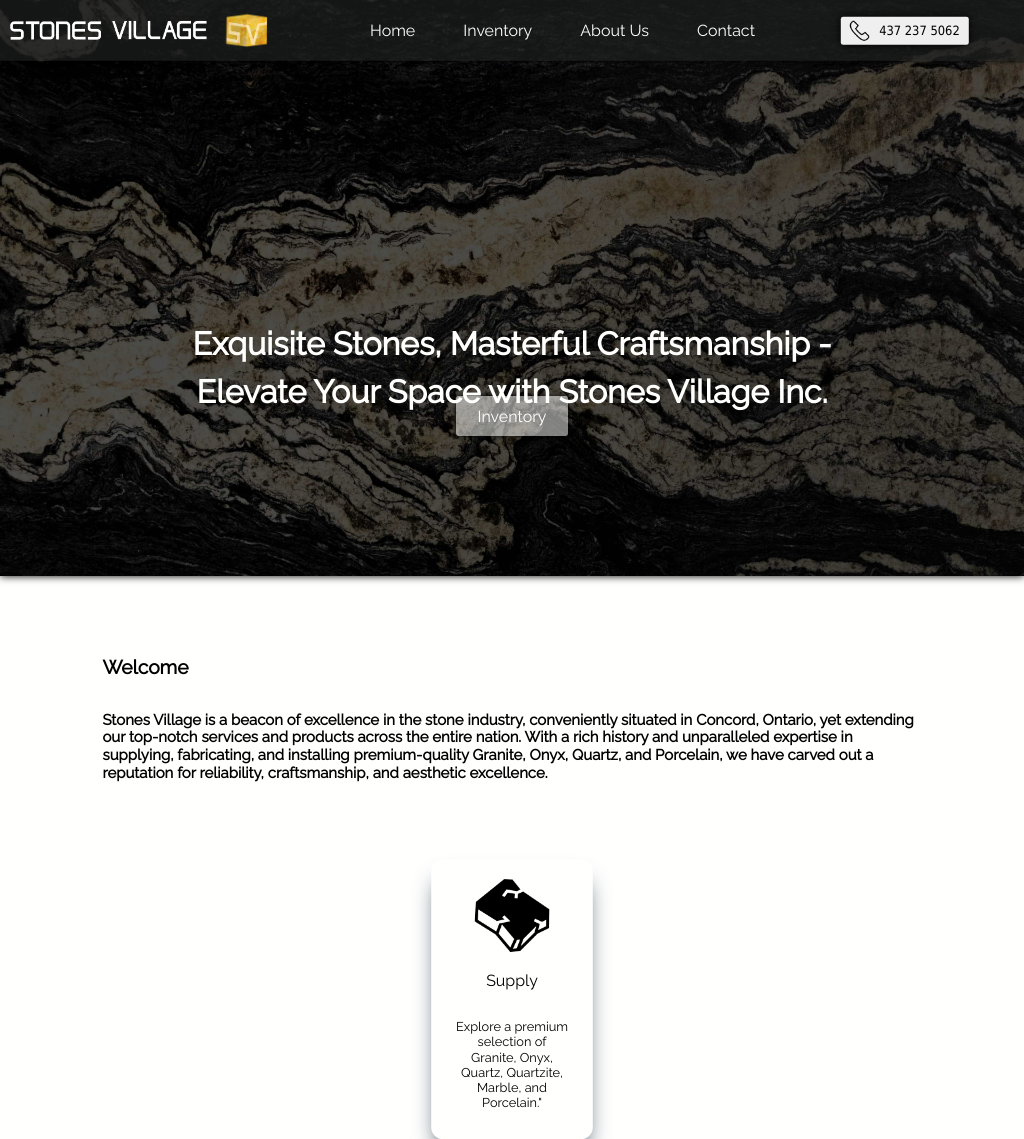
Repository: shayanabedi98/Stones-Village
Page: index.html
These files come from the project's save history. The page is drawn as it stood at one moment and after the next save; the edit follows.
The browser window is 1280 px wide. The pictures show the whole page, at 80% of full size.
Backgrounds fixed to the window are drawn as part of the page.

Above is the page before, as saved 2023-10-22 16:41:58.

After the next save:
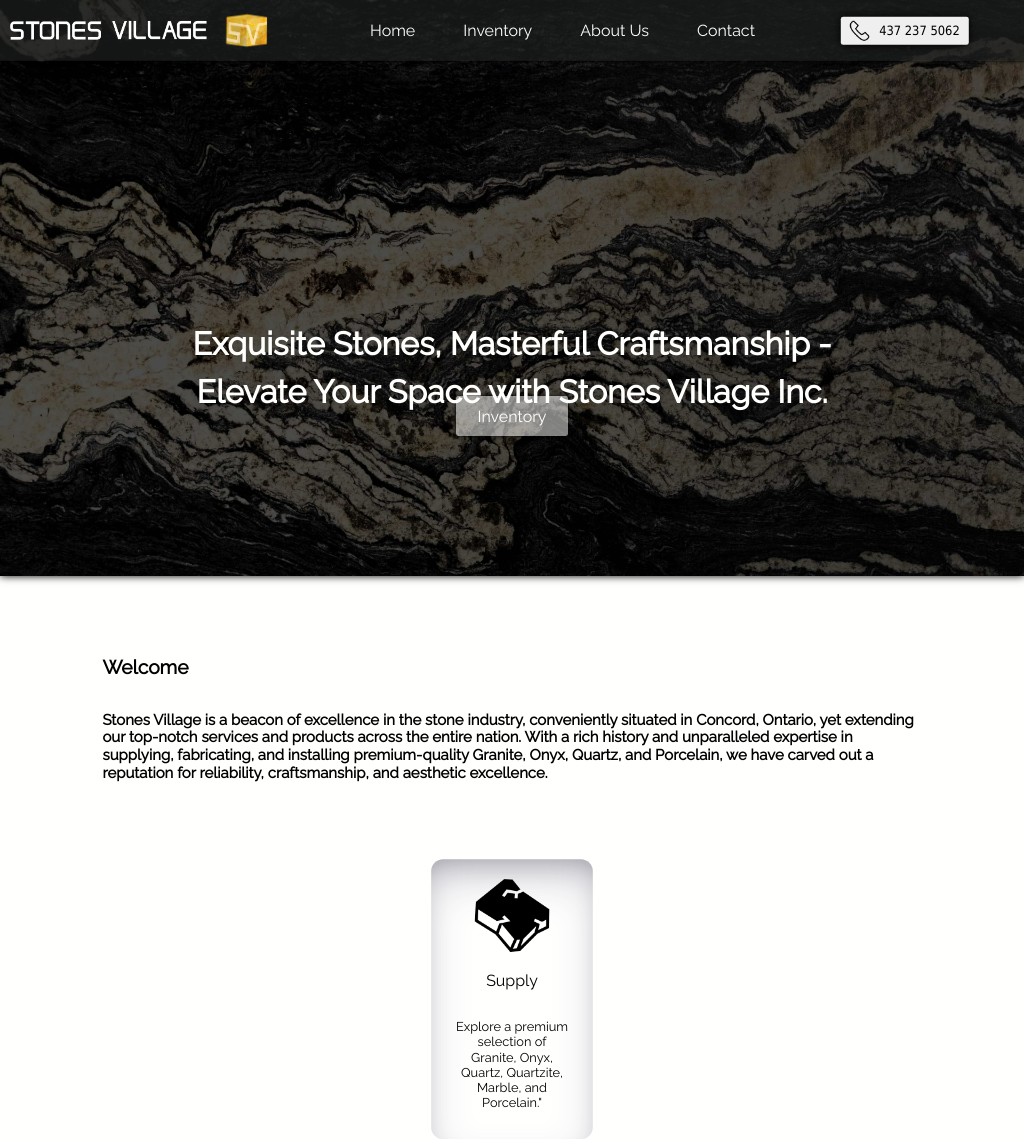
Saved 46 s later.
--- a/styles.css
+++ b/styles.css
@@ -173,7 +173,7 @@ body {
     display: grid;
     justify-items: center;
     border-radius: 15px;
-    box-shadow: rgb(38, 57, 77) 0px 20px 30px -10px;
+    box-shadow: rgba(50, 50, 93, 0.25) 0px 30px 60px -12px inset, rgba(0, 0, 0, 0.3) 0px 18px 36px -18px inset;
     padding: 20px 5px;
 }
 
